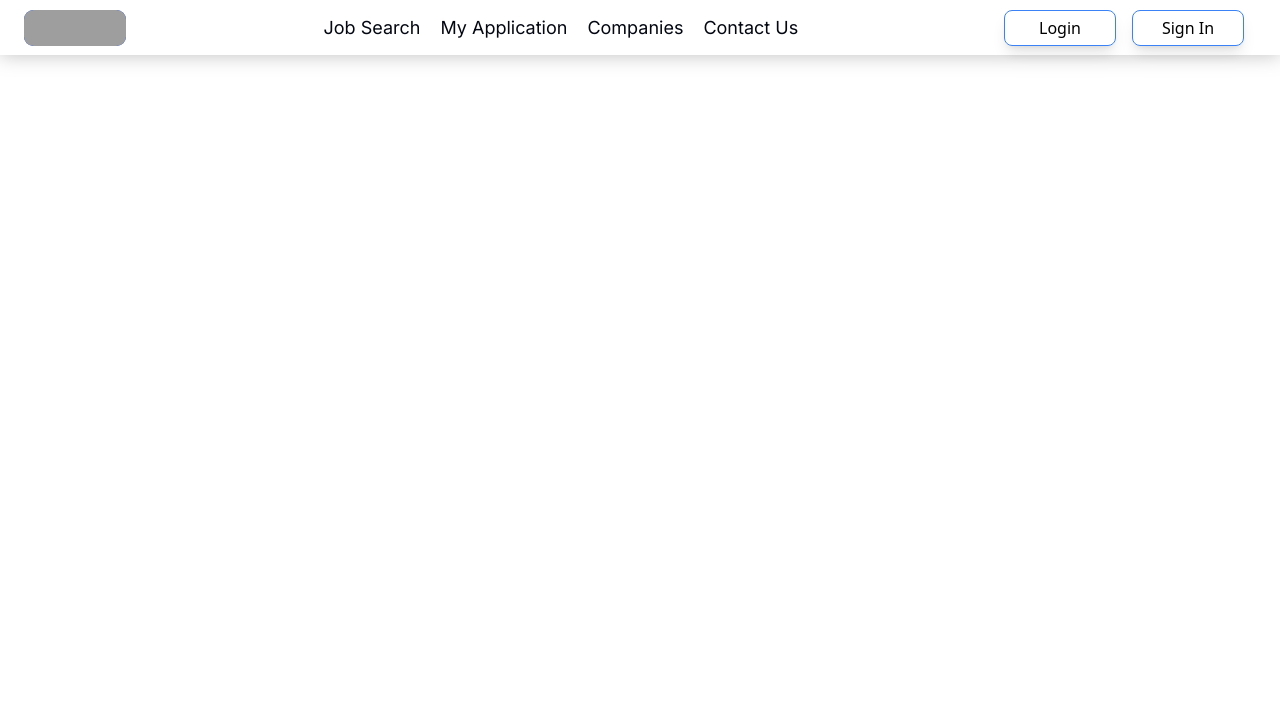
Repository: Abdibaye/Job-Sphere
Page: /navbar
The author's editor kept a copy of each file at every save. The page is drawn from the files as they stood at one save, then again after the next save.
The browser window is 1280 px wide. The pictures show the whole page.
Pictures or frames that could not be fetched are drawn as grey boxes. The page's requests for data from a server got no answer. The project was rebuilt for these pictures with package versions that can differ from the ones it lists, and the page was loaded fresh each time. No one was signed in, and anything a server would have sent is missing. Also part of the build but not shown: vite.config.js, src/pages/descriptionpage.jsx, src/components/job.jsx, src/pages/loginpage.jsx, src/pages/Signup.jsx.

Above is the page before, as saved 2025-02-20 09:27:15.

After the next save:
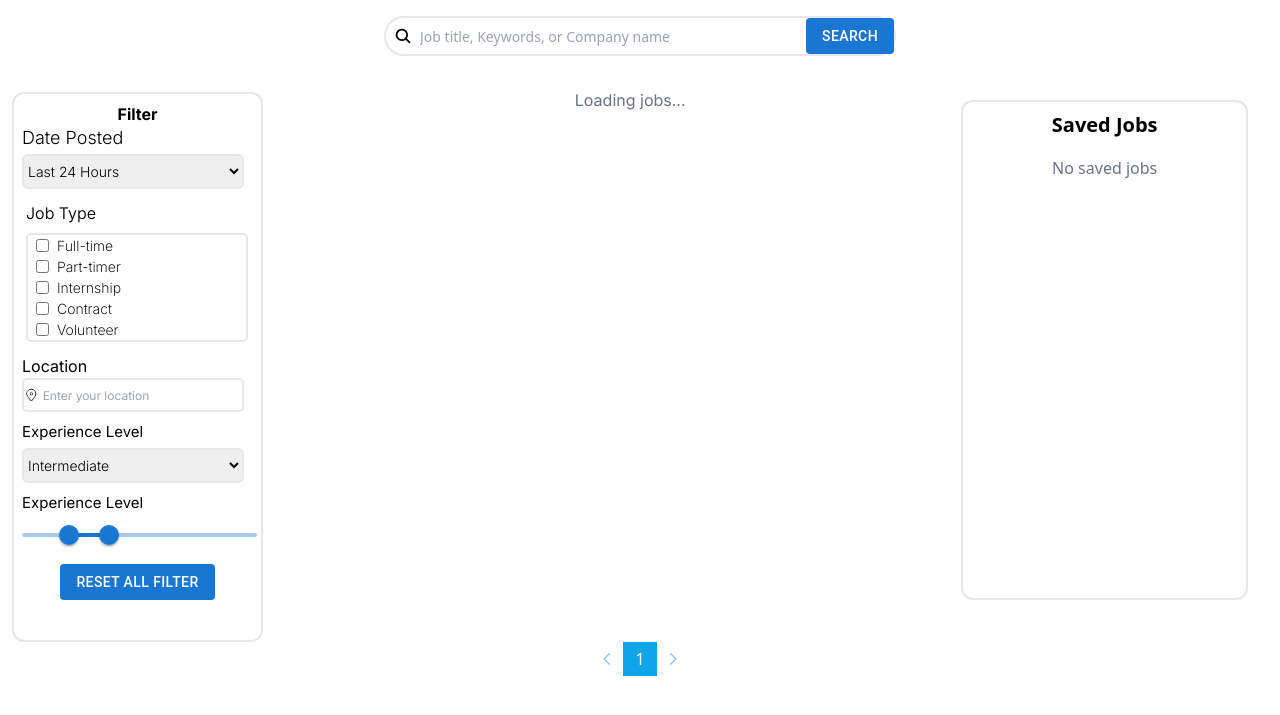
Saved 57 s later.
--- a/src/main.jsx
+++ b/src/main.jsx
@@ -3,9 +3,10 @@
 import './index.css'
 import App from './App.jsx'
 import Description from './pages/descriptionpage.jsx'
+import HomePage from './pages/homepage.jsx'
 
 createRoot(document.getElementById('root')).render(
   <StrictMode>
-    <App />
+    <HomePage />
   </StrictMode>,
 )

After the save that followed:
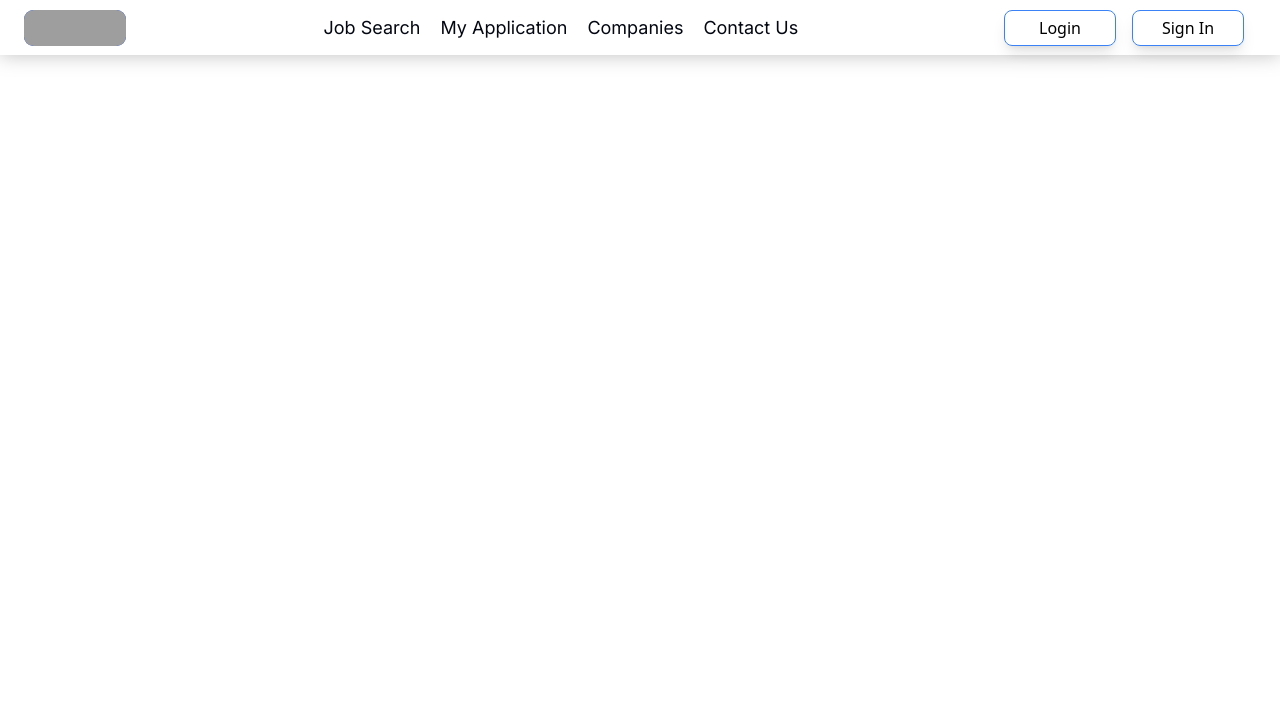
Saved 20 s later.
--- a/src/main.jsx
+++ b/src/main.jsx
@@ -7,6 +7,6 @@
 
 createRoot(document.getElementById('root')).render(
   <StrictMode>
-    <HomePage />
+    <App />
   </StrictMode>,
 )
